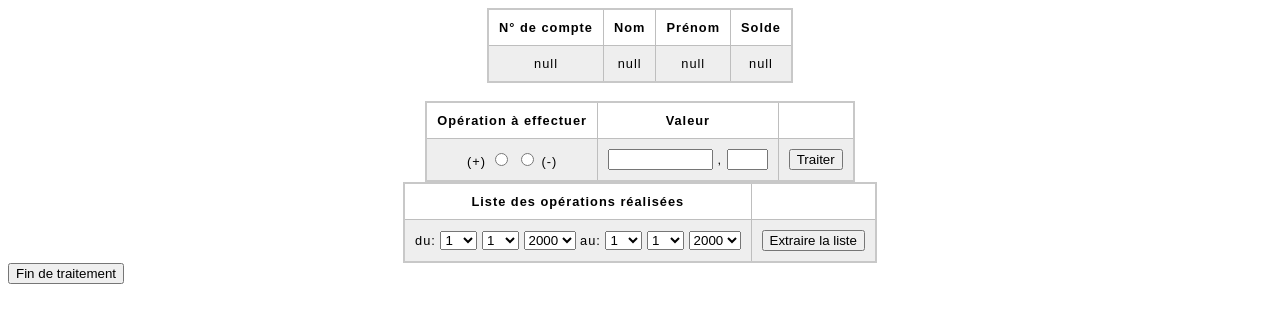
Repository: Jsisie/BanqueWeb
Page: http://localhost/BanqueWeb/JOperations.jsp
These files come from the project's save history. The page is drawn as it stood at one moment and after the next save; the edit follows.
The browser window is 1280 px wide. The pictures show the whole page.
The page is served by Tomcat 10. The template is opened directly, without the code that normally fills it, so the values that code supplies are empty.

Above is the page before, as saved 2022-12-16 12:56:36.

After the next save:
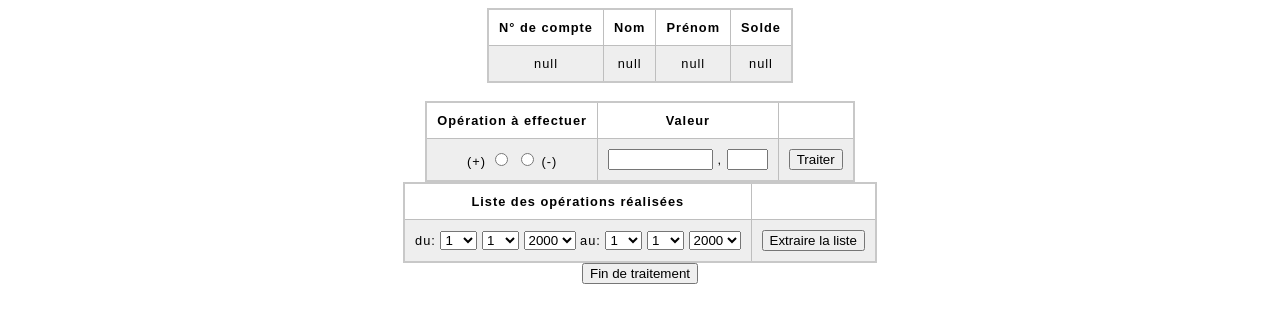
Saved 69 s later.
--- a/BanqueWeb/BanqueWeb/BanqueWeb/src/main/webapp/JOperations.jsp
+++ b/BanqueWeb/BanqueWeb/BanqueWeb/src/main/webapp/JOperations.jsp
@@ -153,10 +153,10 @@ table {
 						</td>
 					</tr>
 				</table>
-			</div>
-			<td>
+				<td>
 				<input  id="Demande" name="Demande" type="submit" value="Fin de traitement">
 			</td>
+			</div>
 			<div class="msgDiv" align="center">
 				<p> ${msg} </p>
 			</div>
